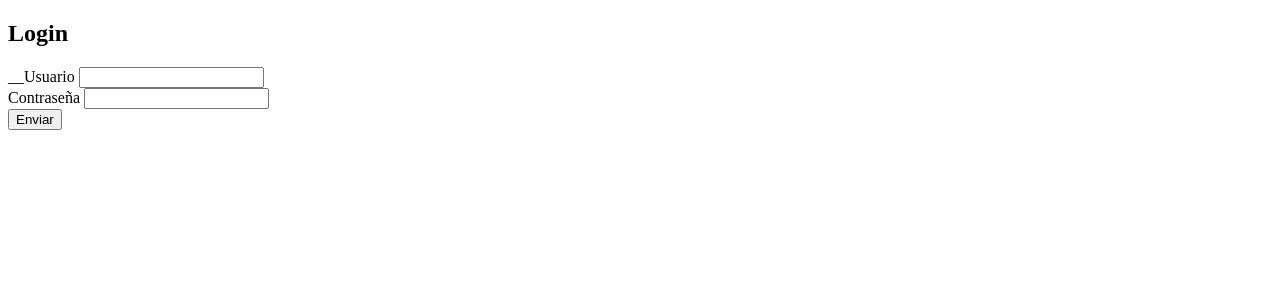
Repository: felipeverdugo/Java-y-Aplicaciones-Avanzadas-sobre-Internet
Page: work/Practica1Web40/src/main/webapp/mascotas.html
These files come from the project's save history. The page is drawn as it stood at one moment and after a run of saves; the edit follows.
The browser window is 1280 px wide. The pictures show the whole page.

Above is the page before, as saved 2024-03-20 13:38:48.

### work/Practica1Web40/src/main/webapp/mascotas.html
<!DOCTYPE html>
<html>
<head>
<meta charset="ISO-8859-1">
<title>Login</title>
</head>
<body>
    <h2>Login</h2>
    <form action="LoginUsr" method="post">
        <label for="nombre">__Usuario</label>
        <input type="text" id="user" name="user" required>
        <br>
        <label for="nombre">Contraseña</label>
        <input type="text" id="pass" name="pass" required>
           <br>
        <input type="submit" value="Enviar">
    </form>
</body>
</html>

After the next 2 saves:
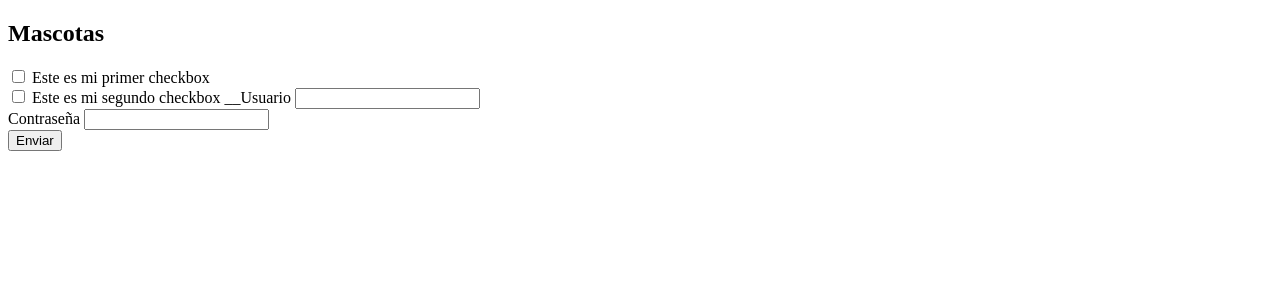
The 2 saves are shown as one change because they came seconds apart.
The last was saved 3 min 5 s later.
--- a/work/Practica1Web40/src/main/webapp/mascotas.html
+++ b/work/Practica1Web40/src/main/webapp/mascotas.html
@@ -5,9 +5,13 @@
 <title>Login</title>
 </head>
 <body>
-    <h2>Login</h2>
-    <form action="LoginUsr" method="post">
-        <label for="nombre">__Usuario</label>
+    <h2>Mascotas</h2>
+    <form action="Encuesta" method="post">
+		<label><input type="checkbox" id="cbox1"
+			value="first_checkbox" /> Este es mi primer checkbox</label><br /> <input
+			type="checkbox" id="cbox2" value="second_checkbox" /> <label
+			for="cbox2">Este es mi segundo checkbox</label>
+		<label for="nombre">__Usuario</label>
         <input type="text" id="user" name="user" required>
         <br>
         <label for="nombre">Contraseña</label>
